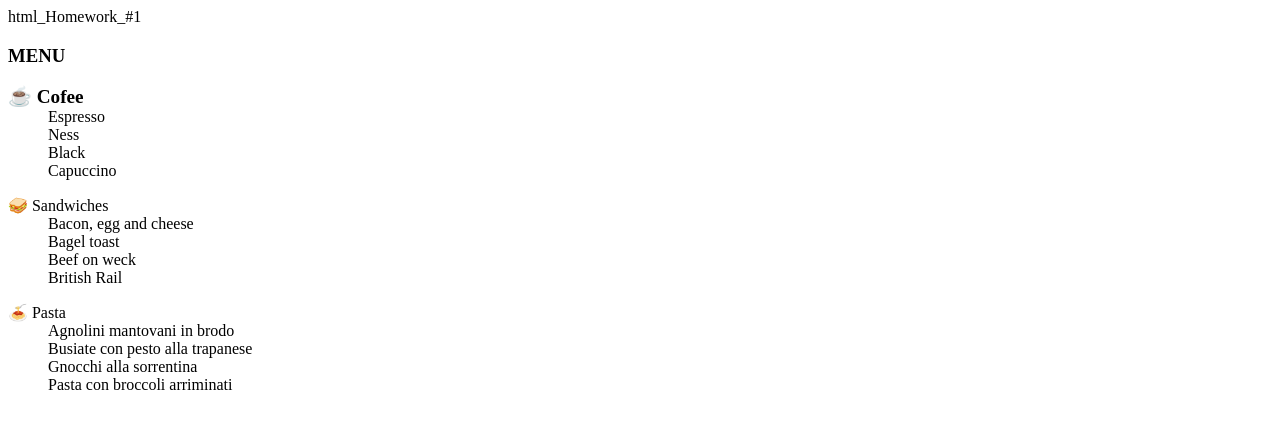
Repository: Julian-Escobar/menu
Page: index.html
These files come from the project's save history. The page is drawn as it stood at one moment and after the next save; the edit follows.
The browser window is 1280 px wide. The pictures show the whole page.

Above is the page before, as saved 2018-08-12 20:42:06.

### index.html
<!DOCTYPE HTML>
<html>
  <head>
    html_Homework_#1
  </head>
  <body>
    <h3>MENU</h3>
<dl>
  <dt><B><big>☕ Cofee</big></B></dt>
    <dd>Espresso</dd>
    <dd>Ness</dd>
    <dd>Black</dd>
    <dd>Capuccino</dd>
</dl>

<dl>
    <dt>🥪 Sandwiches</dt>
    <dd>Bacon, egg and cheese</dd>
    <dd>Bagel toast	</dd>
    <dd>Beef on weck</dd>
    <dd>British Rail</dd>
</dl>

<dl>
    <dt>🍝 Pasta</dt>
    <dd>Agnolini mantovani in brodo</dd>
    <dd>Busiate con pesto alla trapanese	</dd>
    <dd>Gnocchi alla sorrentina</dd>
    <dd>Pasta con broccoli arriminati</dd>
</dl>

  </body>
</html>

After the next save:
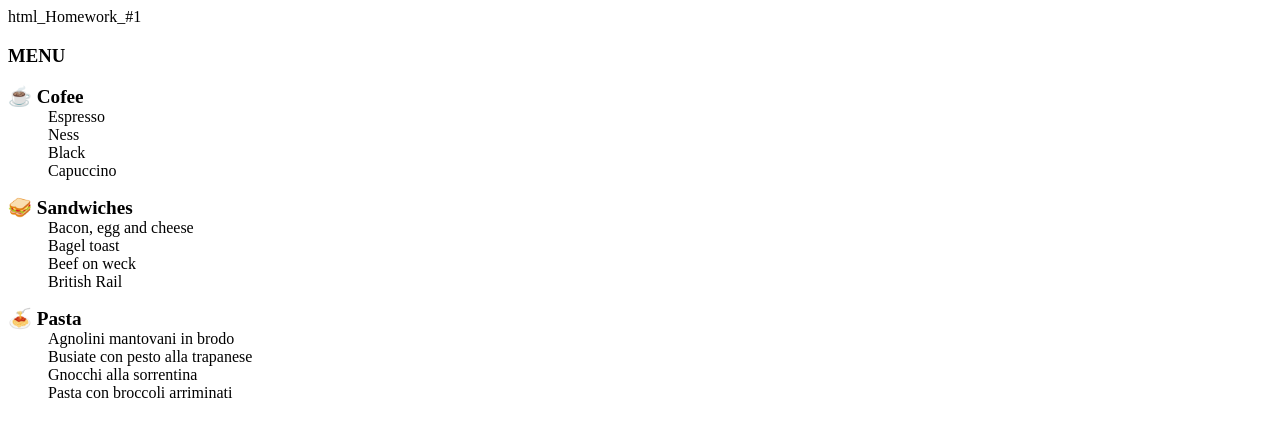
Saved 79 s later.
--- a/index.html
+++ b/index.html
@@ -14,7 +14,7 @@
 </dl>
 
 <dl>
-    <dt>🥪 Sandwiches</dt>
+    <dt><big><b>🥪 Sandwiches</b></big></dt>
     <dd>Bacon, egg and cheese</dd>
     <dd>Bagel toast	</dd>
     <dd>Beef on weck</dd>
@@ -22,7 +22,7 @@
 </dl>
 
 <dl>
-    <dt>🍝 Pasta</dt>
+    <dt><big><B>🍝 Pasta</B></big></dt>
     <dd>Agnolini mantovani in brodo</dd>
     <dd>Busiate con pesto alla trapanese	</dd>
     <dd>Gnocchi alla sorrentina</dd>
